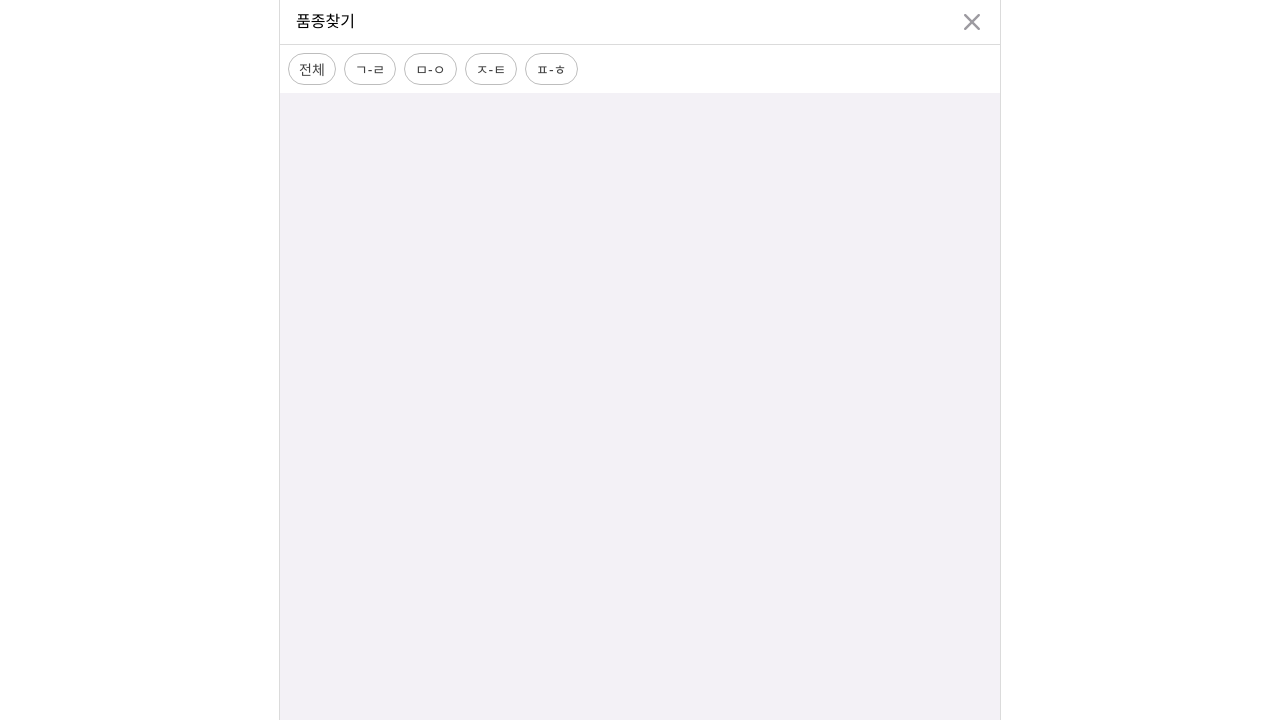
Repository: gosun1018/denguru
Page: search_breed.html
The author's editor kept a copy of each file at every save. The page is drawn from the files as they stood at one save, then again after the next save.
The browser window is 1280 px wide. The pictures show the whole page.
Some web fonts or font styles are not loaded; a fallback is used. The style sheet was rebuilt from its Sass, Less or Tailwind sources for each picture, by a compiler version that may differ from the author's.

Above is the page before, as saved 2020-04-03 17:59:50.

After the next save:
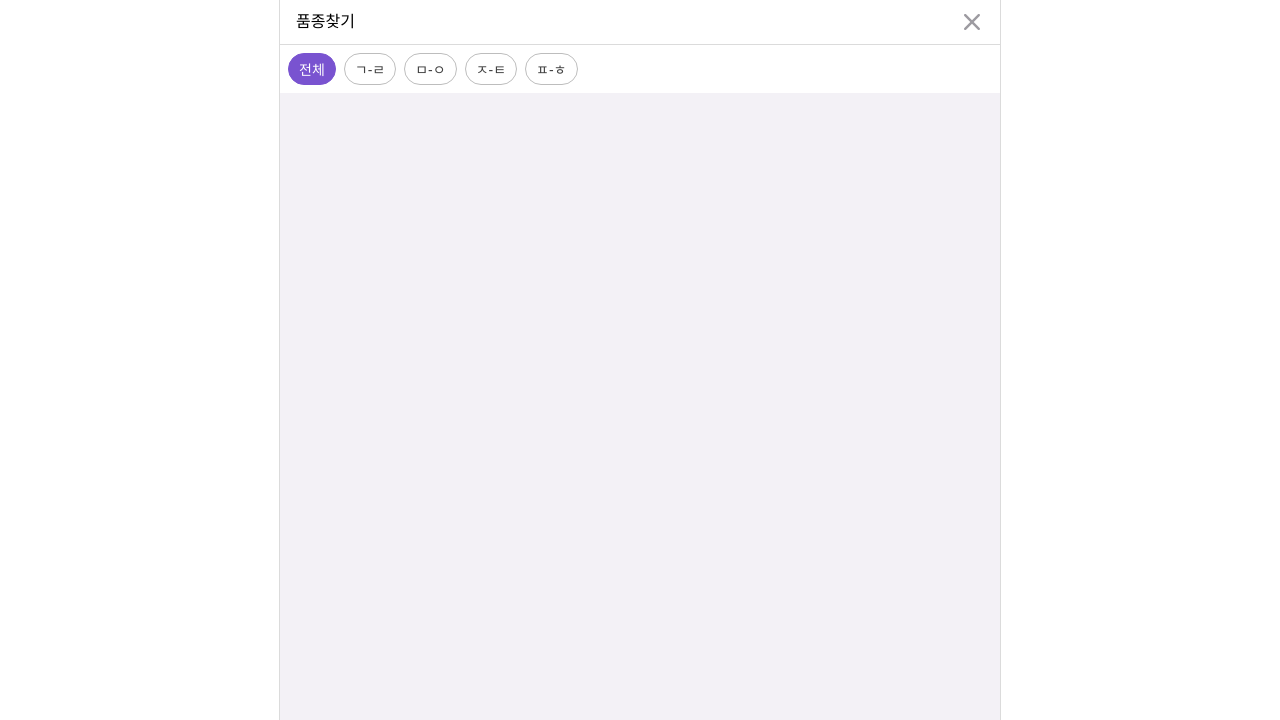
Saved 13 s later.
--- a/search_breed.html
+++ b/search_breed.html
@@ -20,11 +20,8 @@
                 <h2 class="blind">필터설정</h2>
                 <ul class="btn_box swiper-wrapper">
                     <li class="filter_btn swiper-slide">
-                        <button type="button" class="btn_filter_popup btn btn_normal_line btn_mid btn_mid_round" aria-controls="tab-panel01">전체</button>
+                        <button type="button" class="btn_filter_popup btn btn_main btn_mid btn_mid_round" aria-controls="tab-panel01">전체</button>
                     </li>
-                    <!-- <li class="filter_btn swiper-slide">
-                        <button type="button" class="btn_filter_popup btn btn_main btn_mid btn_mid_round" aria-controls="tab-panel01">27,000 ~ 31,000</button>
-                    </li> -->
                     <li class="filter_btn swiper-slide">
                         <button type="button" class="btn_filter_popup btn btn_normal_line btn_mid btn_mid_round" aria-controls="tab-panel02">ㄱ-ㄹ</button>
                     </li>
